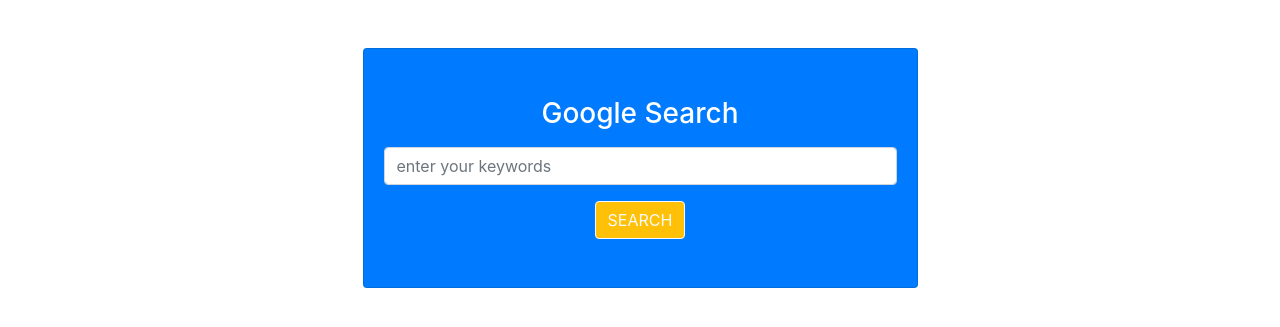
Repository: nksharma514/spring
Page: http://localhost/com.springmvc.search/home
These files come from the project's save history. The page is drawn as it stood at one moment and after the next save; the edit follows.
The browser window is 1280 px wide. The pictures show the whole page.
Some web libraries are served in a nearby version. The page is served by Tomcat 9.

Above is the page before, as saved 2023-08-14 21:14:19.

### com.springmvc.search/src/main/webapp/WEB-INF/spring-servlet.xml
<?xml version="1.0" encoding="UTF-8"?>

<beans xmlns="http://www.springframework.org/schema/beans"
	xmlns:xsi="http://www.w3.org/2001/XMLSchema-instance"
	xmlns:context="http://www.springframework.org/schema/context"
	xmlns:util="http://www.springframework.org/schema/util"
	xmlns:p="http://www.springframework.org/schema/p"
	xmlns:tx="http://www.springframework.org/schema/tx"
	xsi:schemaLocation="http://www.springframework.org/schema/beans
    http://www.springframework.org/schema/beans/spring-beans-3.1.xsd
	http://www.springframework.org/schema/context
	http://www.springframework.org/schema/context/spring-context-3.0.xsd
    http://www.springframework.org/schema/util/
    http://www.springframework.org/schema/util/spring-util.xsd
    http://www.springframework.org/schema/mvc
	http://www.springframework.org/schema/mvc/spring-mvc-3.0.xsd
	http://www.springframework.org/schema/tx
    http://www.springframework.org/schema/tx/spring-tx.xsd">



	<context:component-scan
		base-package="com.springmvc.search"></context:component-scan>

	<bean
		class="org.springframework.web.servlet.view.InternalResourceViewResolver"
		name="viewResolver">
		<property name="prefix" value="/WEB-INF/views/" />
		<property name="suffix" value=".jsp" />
	</bean>


</beans>

### com.springmvc.search/src/main/webapp/WEB-INF/views/home.jsp
<%@ page language="java" contentType="text/html; charset=ISO-8859-1"
	pageEncoding="ISO-8859-1"%>
<!doctype html>
<html lang="en">
<head>
<!-- Required meta tags -->
<meta charset="utf-8">
<meta name="viewport"
	content="width=device-width, initial-scale=1, shrink-to-fit=no">

<!-- Bootstrap CSS -->
<link rel="stylesheet"
	href="https://cdn.jsdelivr.net/npm/bootstrap@4.0.0/dist/css/bootstrap.min.css"
	integrity="sha384-Gn5384xqQ1aoWXA+058RXPxPg6fy4IWvTNh0E263XmFcJlSAwiGgFAW/dAiS6JXm"
	crossorigin="anonymous">

<title>Search Page</title>
</head>
<body>

	<div class="container">
		<div class="card mx-auto mt-5 bg-primary" style="width: 50%">
			<div class="card-body py-5">

				<h3 class="text-center text-white">Google Search</h3>

				<form action="search" class="mt-3">
					<div class="form-group">
						<input type="text" name="querybox"
							placeholder="enter your keywords" class="form-control" />
					</div>

					<div class="container text-center">
						<button class="btn btn-outline-light bg-warning"
							style="text-transform: uppercase">Search</button>
					</div>

				</form>

			</div>
		</div>
	</div>











	<!-- Optional JavaScript -->
	<!-- jQuery first, then Popper.js, then Bootstrap JS -->
	<script src="https://code.jquery.com/jquery-3.2.1.slim.min.js"
		integrity="sha384-KJ3o2DKtIkvYIK3UENzmM7KCkRr/rE9/Qpg6aAZGJwFDMVNA/GpGFF93hXpG5KkN"
		crossorigin="anonymous"></script>
	<script
		src="https://cdn.jsdelivr.net/npm/popper.js@1.12.9/dist/umd/popper.min.js"
		integrity="sha384-ApNbgh9B+Y1QKtv3Rn7W3mgPxhU9K/ScQsAP7hUibX39j7fakFPskvXusvfa0b4Q"
		crossorigin="anonymous"></script>
	<script
		src="https://cdn.jsdelivr.net/npm/bootstrap@4.0.0/dist/js/bootstrap.min.js"
		integrity="sha384-JZR6Spejh4U02d8jOt6vLEHfe/JQGiRRSQQxSfFWpi1MquVdAyjUar5+76PVCmYl"
		crossorigin="anonymous"></script>
</body>
</html>

### com.springmvc.search/src/main/java/com/springmvc/search/SearchController.java
package com.springmvc.search;

import java.lang.ProcessBuilder.Redirect;

import org.springframework.stereotype.Controller;
import org.springframework.web.bind.annotation.RequestMapping;
import org.springframework.web.bind.annotation.RequestParam;
import org.springframework.web.servlet.view.RedirectView;

@Controller
public class SearchController {

	@RequestMapping("/home")
	public String home() {
		System.out.println("This is Search Controller");
		return "home";
	}

	@RequestMapping("/search")
	public RedirectView search(@RequestParam("querybox") String query) {

		String url = "https://www.google.com/search?q=" + query;


//		redirect to home page, if search page is blank
		if(query.isBlank()) {

			RedirectView r = new RedirectView();
			r.setUrl("home");

			return r;
		}


		RedirectView redirectView = new RedirectView();
		redirectView.setUrl(url);

		return redirectView;


	}

}

After the next save:
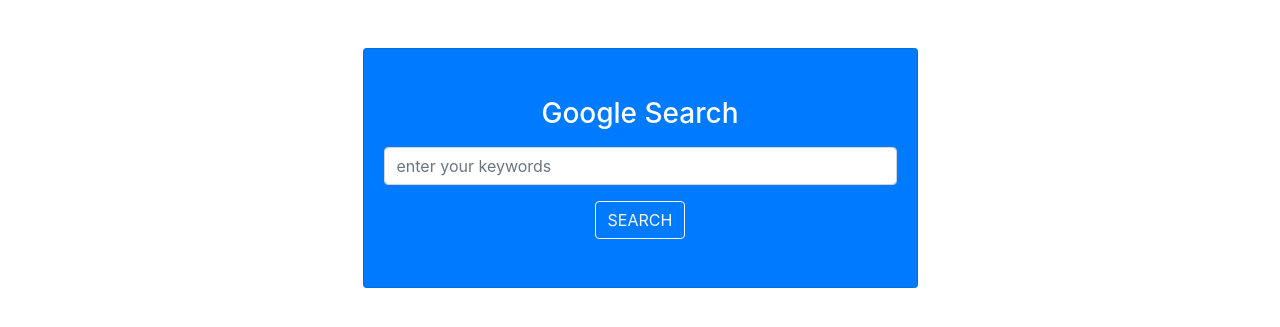
Saved 23 s later.
--- a/com.springmvc.search/src/main/webapp/WEB-INF/views/home.jsp
+++ b/com.springmvc.search/src/main/webapp/WEB-INF/views/home.jsp
@@ -31,7 +31,7 @@
 					</div>
 
 					<div class="container text-center">
-						<button class="btn btn-outline-light bg-warning"
+						<button class="btn btn-outline-light text-black"
 							style="text-transform: uppercase">Search</button>
 					</div>
 

After the 2 saves that followed:
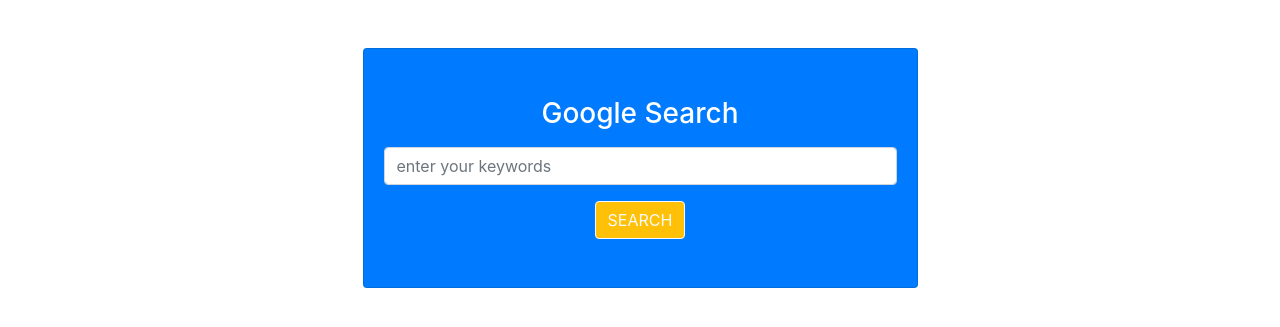
The 2 saves are shown as one change because 1 left the picture as it was.
The last was saved 38 s later.
--- a/com.springmvc.search/src/main/webapp/WEB-INF/views/home.jsp
+++ b/com.springmvc.search/src/main/webapp/WEB-INF/views/home.jsp
@@ -31,7 +31,7 @@
 					</div>
 
 					<div class="container text-center">
-						<button class="btn btn-outline-light text-black"
+						<button class="btn btn-outline-light bg-warning"
 							style="text-transform: uppercase">Search</button>
 					</div>
 
